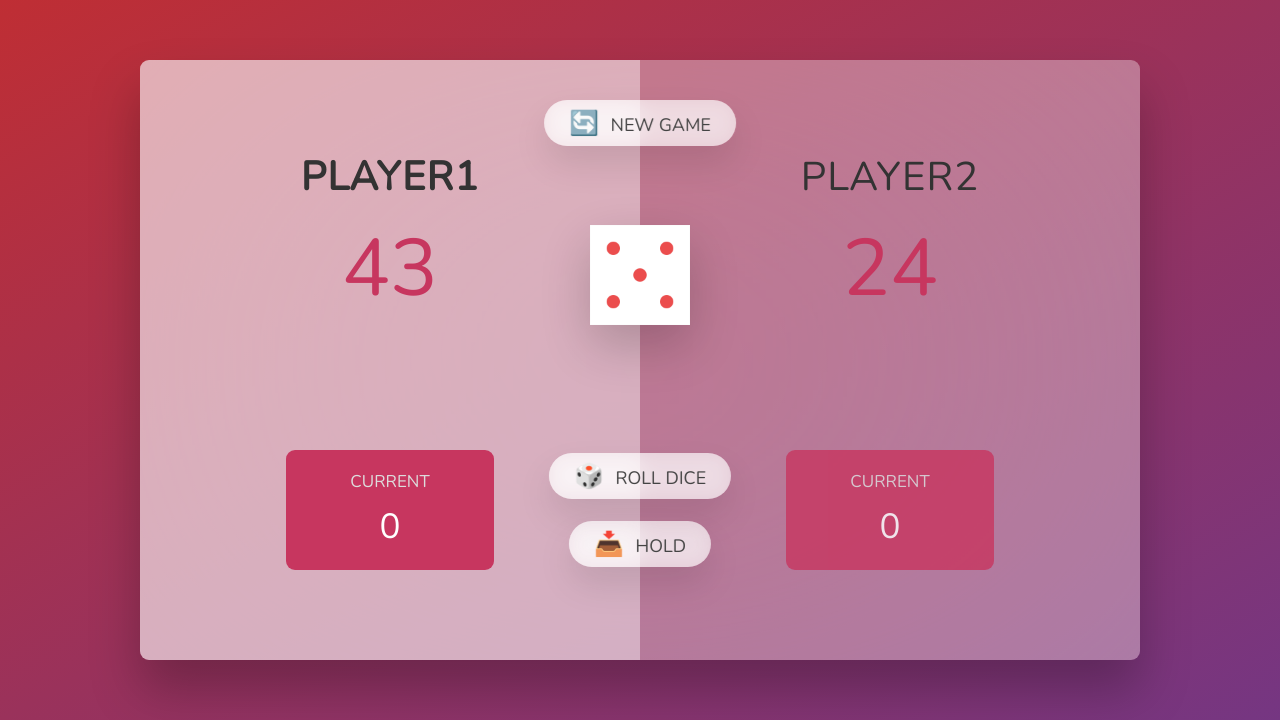
Repository: otvertka/jsc_07
Page: index.html
The author's editor kept a copy of each file at every save. The page is drawn from the files as they stood at one save, then again after the next save.
The browser window is 1280 px wide. The pictures show the whole page.

Above is the page before, as saved 2022-12-24 13:39:57.

### index.html
<!DOCTYPE html>
<html lang="en">
  <head>
    <meta charset="UTF-8" />
    <meta name="viewport" content="width=device-width, initial-scale=1.0" />
    <meta http-equiv="X-UA-Compatible" content="ie=edge" />
    <link rel="stylesheet" href="style.css" />
    <title>Pig Game</title>
  </head>
  <body>
    <main>
      <section class="player player--0 player--active">
        <h2 class="name" id="name--0">Player1</h2>
        <p class="score" id="score--0">43</p>
        <div class="current">
          <p class="current-label">Current</p>
          <p class="current-score" id="current--0">0</p>
        </div>
      </section>
      <section class="player player--1">
        <h2 class="name" id="name--1">Player2</h2>
        <p class="score" id="score--1">24</p>
        <div class="current">
          <p class="current-label">Current</p>
          <p class="current-score" id="current--1">0</p>
        </div>
      </section>

      <img src="/dice-5.png" alt="Playing dice" class="dice" />
      <button class="btn btn--new">🔄 New game</button>
      <button class="btn btn--roll">🎲 Roll dice</button>
      <button class="btn btn--hold">📥 Hold</button>
    </main>
    <script src="script.js"></script>
  </body>
</html>

### style.css
@import url('https://fonts.googleapis.com/css2?family=Nunito&display=swap');

* {
  margin: 0;
  padding: 0;
  box-sizing: inherit;
}

html {
  font-size: 62.5%;
  box-sizing: border-box;
}

body {
  font-family: 'Nunito', sans-serif;
  font-weight: 400;
  height: 100vh;
  color: #333;
  background-image: linear-gradient(to top left, #753682 0%, #bf2e34 100%);
  display: flex;
  align-items: center;
  justify-content: center;
}

/* LAYOUT */
main {
  position: relative;
  width: 100rem;
  height: 60rem;
  background-color: rgba(255, 255, 255, 0.35);
  backdrop-filter: blur(200px);
  filter: blur();
  box-shadow: 0 3rem 5rem rgba(0, 0, 0, 0.25);
  border-radius: 9px;
  overflow: hidden;
  display: flex;
}

.player {
  flex: 50%;
  padding: 9rem;
  display: flex;
  flex-direction: column;
  align-items: center;
  transition: all 0.75s;
}

/* ELEMENTS */
.name {
  position: relative;
  font-size: 4rem;
  text-transform: uppercase;
  letter-spacing: 1px;
  word-spacing: 2px;
  font-weight: 300;
  margin-bottom: 1rem;
}

.score {
  font-size: 8rem;
  font-weight: 300;
  color: #c7365f;
  margin-bottom: auto;
}

.player--active {
  background-color: rgba(255, 255, 255, 0.4);
}
.player--active .name {
  font-weight: 700;
}
.player--active .score {
  font-weight: 400;
}

.player--active .current {
  opacity: 1;
}

.current {
  background-color: #c7365f;
  opacity: 0.8;
  border-radius: 9px;
  color: #fff;
  width: 65%;
  padding: 2rem;
  text-align: center;
  transition: all 0.75s;
}

.current-label {
  text-transform: uppercase;
  margin-bottom: 1rem;
  font-size: 1.7rem;
  color: #ddd;
}

.current-score {
  font-size: 3.5rem;
}

/* ABSOLUTE POSITIONED ELEMENTS */
.btn {
  position: absolute;
  left: 50%;
  transform: translateX(-50%);
  color: #444;
  background: none;
  border: none;
  font-family: inherit;
  font-size: 1.8rem;
  text-transform: uppercase;
  cursor: pointer;
  font-weight: 400;
  transition: all 0.2s;

  background-color: white;
  background-color: rgba(255, 255, 255, 0.6);
  backdrop-filter: blur(10px);

  padding: 0.7rem 2.5rem;
  border-radius: 50rem;
  box-shadow: 0 1.75rem 3.5rem rgba(0, 0, 0, 0.1);
}

.btn::first-letter {
  font-size: 2.4rem;
  display: inline-block;
  margin-right: 0.7rem;
}

.btn--new {
  top: 4rem;
}
.btn--roll {
  top: 39.3rem;
}
.btn--hold {
  top: 46.1rem;
}

.btn:active {
  transform: translate(-50%, 3px);
  box-shadow: 0 1rem 2rem rgba(0, 0, 0, 0.15);
}

.btn:focus {
  outline: none;
}

.dice {
  position: absolute;
  left: 50%;
  top: 16.5rem;
  transform: translateX(-50%);
  height: 10rem;
  box-shadow: 0 2rem 5rem rgba(0, 0, 0, 0.2);
}

.player--winner {
  background-color: #2f2f2f;
}

.player--winner .name {
  font-weight: 700;
  color: #c7365f;
}

Loaded but not shown: script.js (common file)

After the next save:
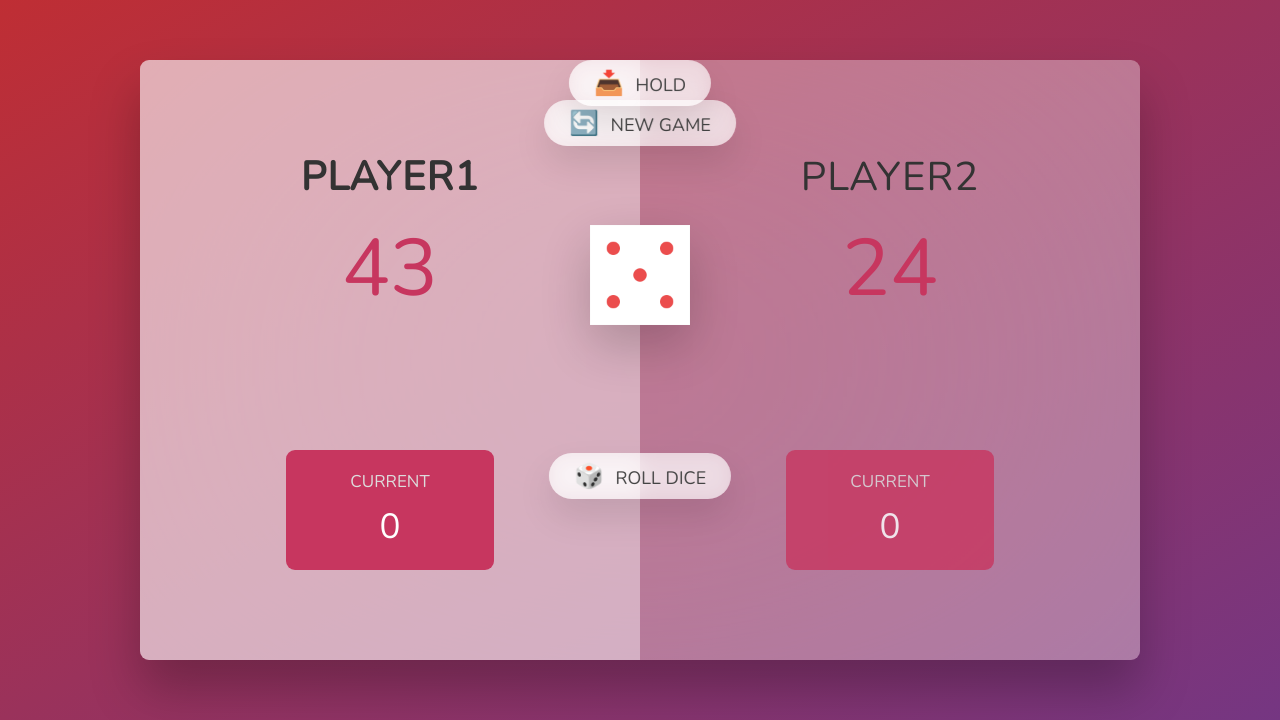
Saved 36 s later.
--- a/style.css
+++ b/style.css
@@ -135,9 +135,9 @@
 .btn--roll {
   top: 39.3rem;
 }
-.btn--hold {
+/* .btn--hold {
   top: 46.1rem;
-}
+} */
 
 .btn:active {
   transform: translate(-50%, 3px);
